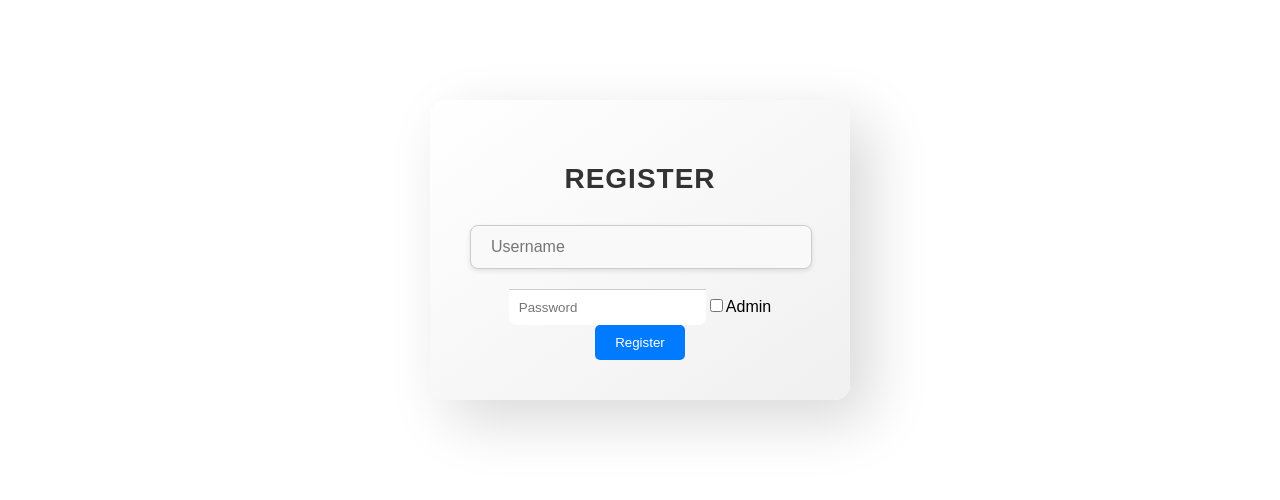
Repository: mdmisri/needy-talk
Page: /register (app in frontend/talk-d1/)
An editor plug-in stored every save of this project. The page is shown before and after the next save, followed by the edit.
The browser window is 1280 px wide. The pictures show the whole page.
The page's requests for data from a server got no answer. The project was rebuilt for these pictures with package versions that can differ from the ones it lists, and the page was loaded fresh each time. No one was signed in, and anything a server would have sent is missing. Also part of the build but not shown: frontend/talk-d1/src/components/Login/Login.css, frontend/talk-d1/src/components/Login/Login.js, frontend/talk-d1/src/conversationUtils.js, frontend/talk-d1/src/hooks/useConversation.js, frontend/talk-d1/src/components/Chat/styles/Message.css, frontend/talk-d1/src/components/Chat/Message.js, frontend/talk-d1/src/components/Chat/ChatBox.js, frontend/talk-d1/src/components/Chat/AdminChatBox.js and 3 more.

Above is the page before, as saved 2024-07-28 17:24:24.

After the next save:
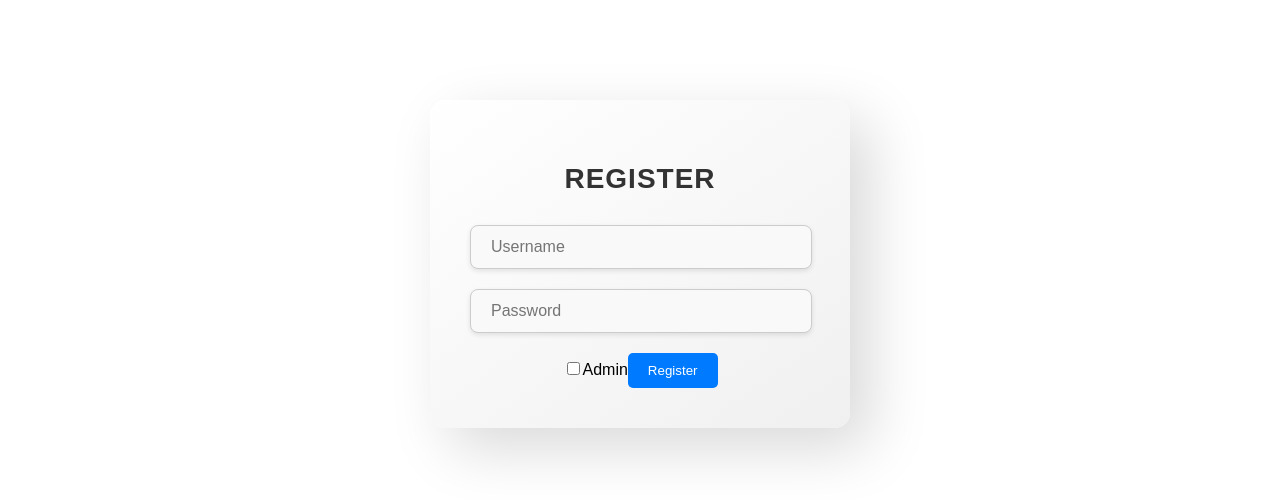
Saved 6 s later.
--- a/frontend/talk-d1/src/components/Register/Register.css
+++ b/frontend/talk-d1/src/components/Register/Register.css
@@ -19,7 +19,7 @@
 }
 
 .form-container input[type="text"],
-.register-container input[type="password"],
+.form-container input[type="password"],
 .register-container input[type="email"] {
     width: calc(100% - 40px); /* Adjust width to account for padding */
     margin-bottom: 20px;
